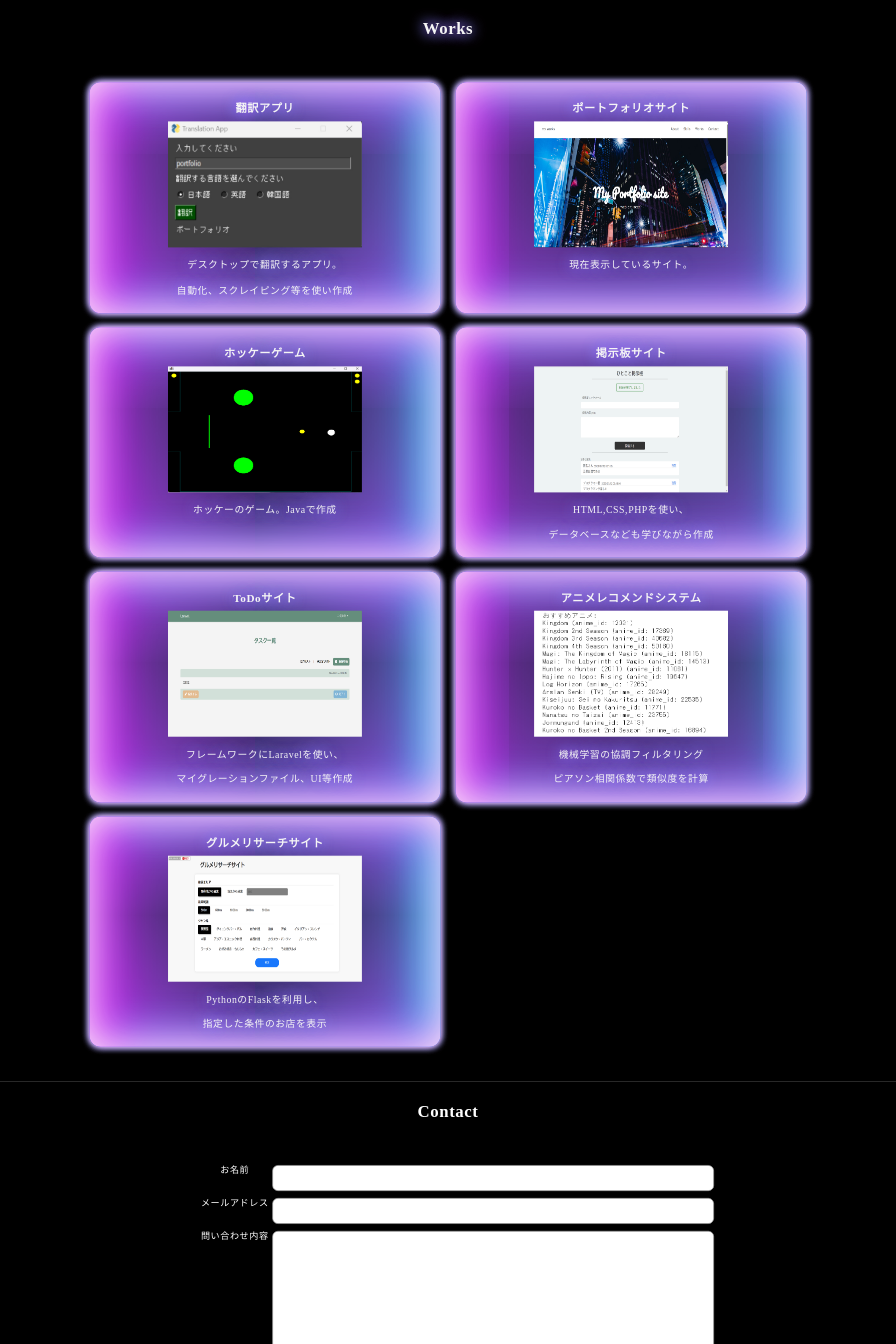
Repository: F-ksk/portfolio
Page: index.html
The author's editor kept a copy of each file at every save. The page is drawn from the files as they stood at one save, then again after the next save.
The browser window is 1280 px wide. The pictures show the part of the page from y = 1959 to 3879 px (the page is 4054 px tall), at 70% of full size.

Above is the page before, as saved 2024-02-11 23:20:32.

After the next save:
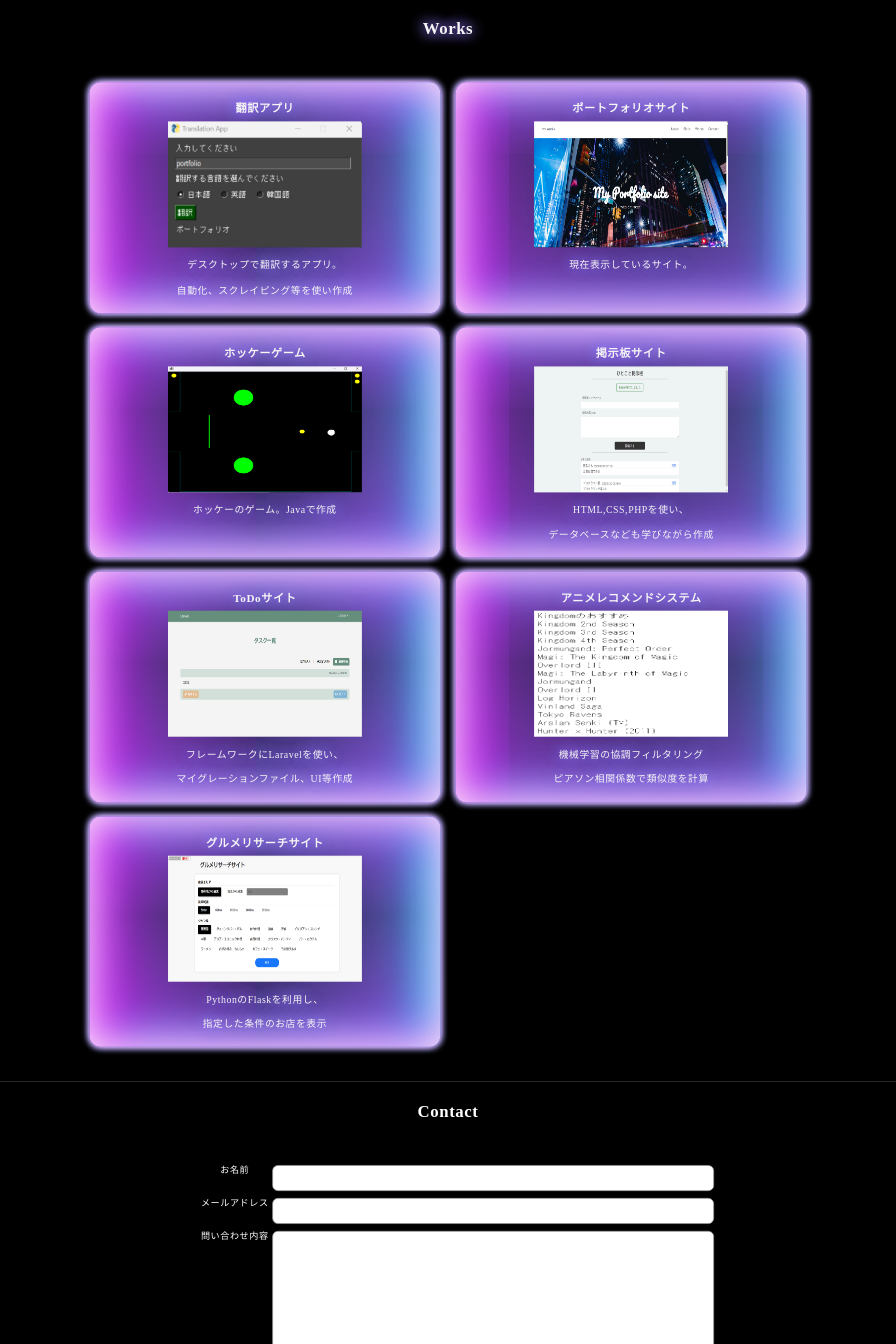
Saved 3 min 44 s later.
--- a/index.html
+++ b/index.html
@@ -123,7 +123,7 @@
 
                 <div class="work-description">
                     <h3>アニメレコメンドシステム</h3>
-                    <img src="./img/キングダムからおすすめ.png">
+                    <img src="./img/KingdumRecommend.png">
                     <p>機械学習の協調フィルタリング</p>
                     <p>ピアソン相関係数で類似度を計算</p>
                 </div>
